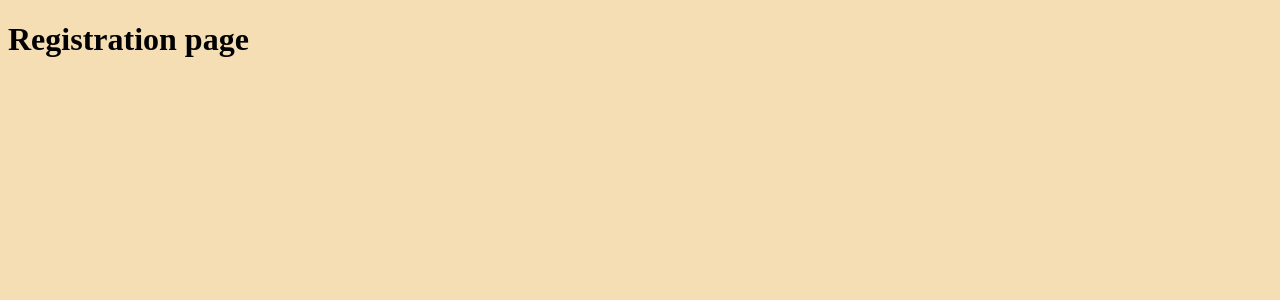
Repository: vikalp2910/VikalpRepo
Page: http://localhost/Proj01/views/registration.jsp
The author's editor kept a copy of each file at every save. The page is drawn from the files as they stood at one save, then again after the next save.
The browser window is 1280 px wide. The pictures show the whole page.
The page is served by Tomcat 9. Other server files are loaded and not shown.

Above is the page before, as saved 2020-08-24 07:42:31.

### Proj01/src/main/webapp/views/registration.jsp
<%@ page language="java" contentType="text/html; charset=ISO-8859-1"
    pageEncoding="ISO-8859-1"%>
<!DOCTYPE html>
<html>
<head>
<meta charset="ISO-8859-1">
<title>Register Page</title>
</head>
<body bgcolor="wheat">
  <h1>Registration page</h1>
</body>
</html>

After the next save:
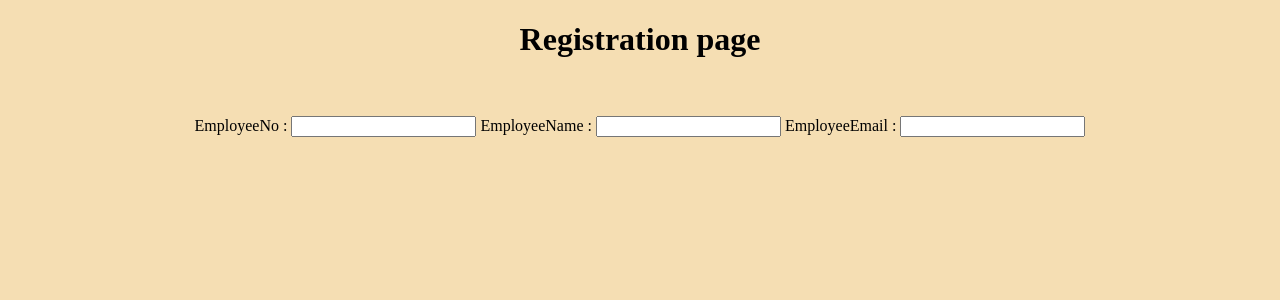
Saved 4 min 16 s later.
--- a/Proj01/src/main/webapp/views/registration.jsp
+++ b/Proj01/src/main/webapp/views/registration.jsp
@@ -7,6 +7,18 @@
 <title>Register Page</title>
 </head>
 <body bgcolor="wheat">
-  <h1>Registration page</h1>
+   <center>
+    <h1>Registration page</h1>
+            <br/>
+            <br/>
+         <form action="uderDetail">
+             EmployeeNo : <input id="eNo" name="eNo">
+             EmployeeName : <input id="eName" name="eName">
+             EmployeeEmail : <input id="eEmail" name="eEmail">
+
+
+         </form>
+
+    </center>
 </body>
 </html>
